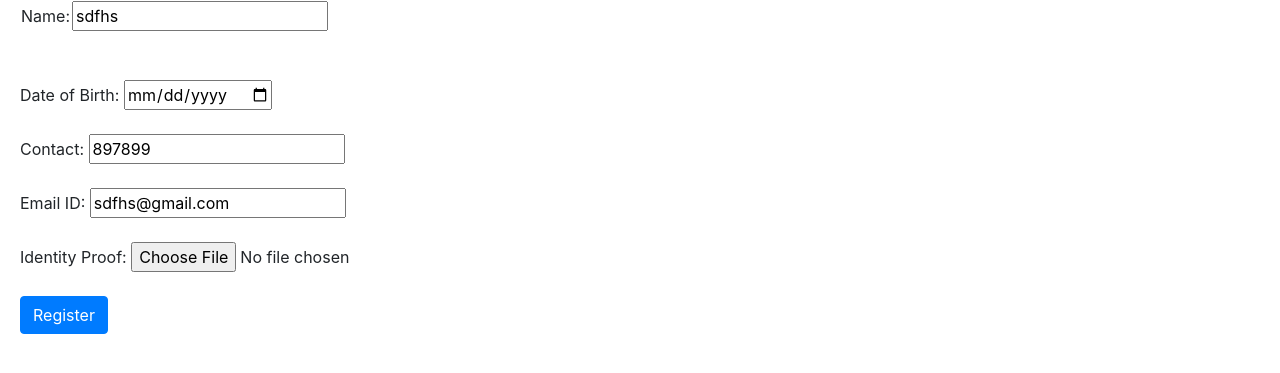
Repository: piyushrulesyou/CasinoGameApplication
Page: http://localhost/adminPanel/RegisterUser.jsp
These files come from the project's save history. The page is drawn as it stood at one moment and after the next save; the edit follows.
The browser window is 1280 px wide. The pictures show the whole page.
The page is served by Tomcat 9. Nobody is signed in. The application's start-up code is not run.

Above is the page before, as saved 2019-10-31 09:33:18.
Console error: TypeError: Cannot read properties of undefined (reading 'setDefaults')

After the next save:
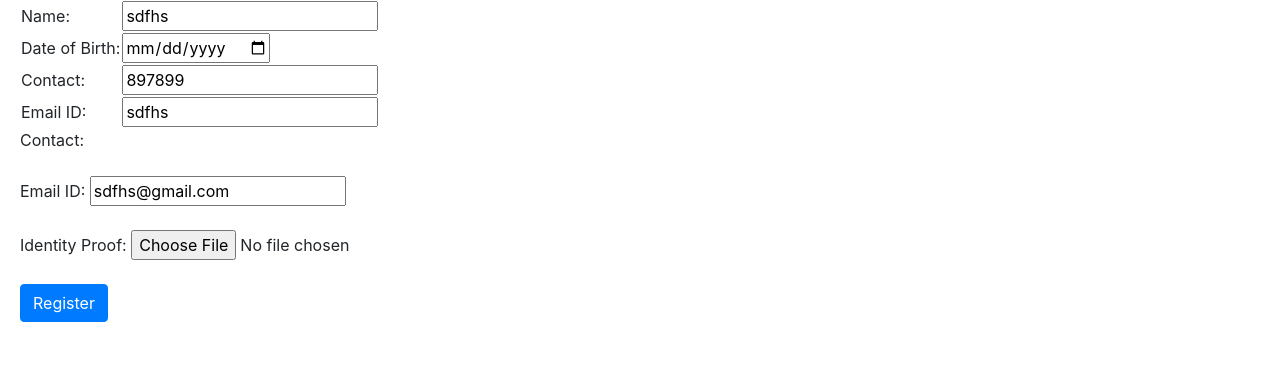
Saved 90 s later.
--- a/AdminPanel/adminPanel/src/main/webapp/RegisterUser.jsp
+++ b/AdminPanel/adminPanel/src/main/webapp/RegisterUser.jsp
@@ -45,17 +45,26 @@
 	</tr>
 
 
+	<tr>
+		<td>Date of Birth:</td>
+		<td><input type="date" name="dateOfBirth" id="dateOfBirth" placeholder="Enter DOB" required="required"></td>
+	</tr>
+
+	<tr>
+		<td>Contact:</td>
+		<td><input type="number" name="contactNumber" id="contactNumber" placeholder="Enter Contact Number" value=897899 required="required"></td>
+	</tr>
+
+	<tr>
+		<td>Email ID:</td>
+		<td><input type="text" id="customerName" name="customerName" placeholder="Enter name" value="sdfhs" required="required"></td>
+	</tr>
+
+
 	</table>
 
 
-
-		<br><br>
-
-		Date of Birth: <input type="date" name="dateOfBirth" id="dateOfBirth" placeholder="Enter DOB" required="required">
-
-		<br><br>
-
-		Contact: <input type="number" name="contactNumber" id="contactNumber" placeholder="Enter Contact Number" value=897899 required="required">
+		Contact:
 
 		<br><br>
 
